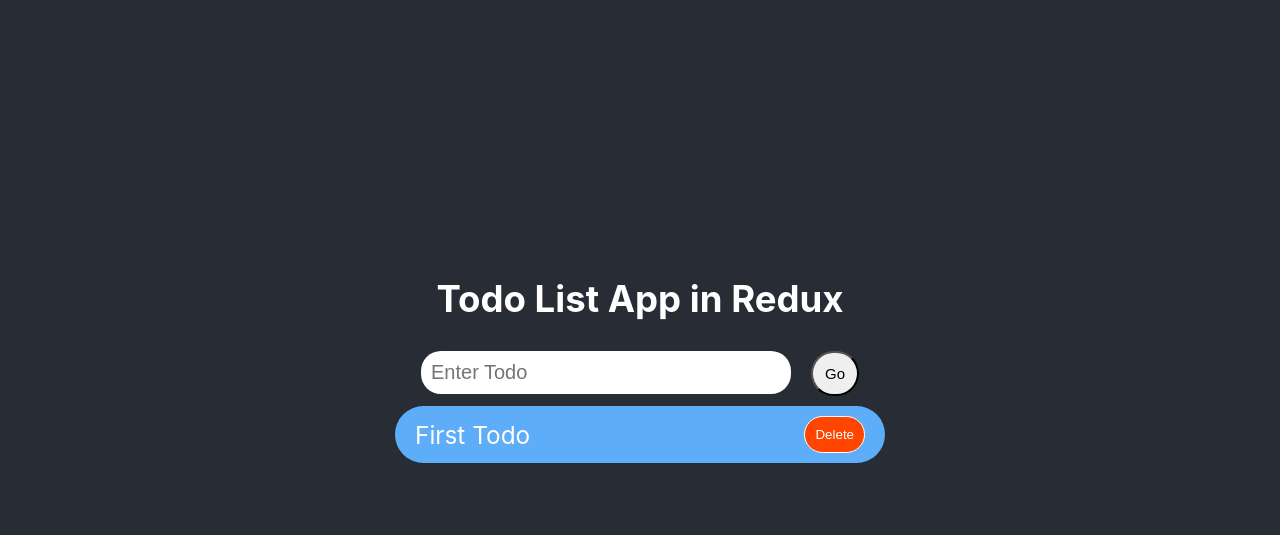
Repository: mahsa199170/React-Redux-Projects
Page: / (app in redux-todo-list/)
The author's editor kept a copy of each file at every save. The page is drawn from the files as they stood at one save, then again after the next save.
The browser window is 1280 px wide. The pictures show the whole page.
The project was rebuilt for these pictures with package versions that can differ from the ones it lists, and the page was loaded fresh each time. Also part of the build but not shown: redux-todo-list/src/components/Count.js.

Above is the page before, as saved 2024-10-24 17:48:52.

### redux-todo-list/src/index.js
import React from 'react';
import ReactDOM from 'react-dom/client';
import './index.css';
import App from './App';
import { store } from './store';
import { Provider } from 'react-redux';

const root = ReactDOM.createRoot(document.getElementById('root'));
root.render(
  <React.StrictMode>
    <Provider store={store}>
      <App />
    </Provider>
  </React.StrictMode>
);

### redux-todo-list/src/App.js
import './App.css';

import React from 'react';
import Count from './components/Count';
import Todo from './components/todo/Todo';

const App = () => {
  return (
    <div className="App">
      <header className="App-header">
        <Todo />
        {/* <Count /> */}
      </header>
    </div>
  );
};

export default App;

### redux-todo-list/src/store.js
import { createStore, combineReducers, applyMiddleware } from 'redux';
import { thunk } from 'redux-thunk';
import { composeWithDevTools } from 'redux-devtools-extension';
// import { TodoReducer } from './reducer/TodoReducer';
import countReducer from './slice/countSlice';
import todoReducer from './slice/todoSlice';

const reducer = combineReducers({
  todo: todoReducer,
  counter: countReducer,
});

const initialState = {};

const middleWare = [thunk];

export const store = createStore(
  reducer,
  initialState,
  composeWithDevTools(applyMiddleware(...middleWare))
);

### redux-todo-list/src/App.css
.App {
  text-align: center;
}

.App-header {
  background-color: #282c34;
  min-height: 100vh;
  display: flex;
  flex-direction: column;
  align-items: center;
  justify-content: center;
  font-size: calc(10px + 2vmin);
  color: white;
}

.allTodos {
  list-style: none;
  margin: 0;
  padding: 0;
}

.singleTodo {
  border-radius: 50px;
  margin: 10px 0;
  background-color: #5dadf8;
  padding: 10px 20px;
  display: flex;
  width: 450px;
  align-items: center;
}

.todoText {
  text-align: start;
  flex: 1;
}

### redux-todo-list/src/components/todo/Todo.js
import React from 'react';

const Todo = () => {
  return (
    <>
      <h2>Todo List App in Redux</h2>
      <form>
        <input
          type="text"
          placeholder="Enter Todo"
          style={{
            width: 350,
            padding: 10,
            borderRadius: 20,
            border: 'none',
            fontSize: 20,
          }}
        />
        <button
          type="submit"
          style={{
            padding: 12,
            borderRadius: 25,

            fontSize: 15,
            marginLeft: 20,
          }}
        >
          Go
        </button>
      </form>
      <ul className="allTodos">
        <li className="singleTodo">
          <span className="todoText">First Todo</span>
          <button
            style={{
              padding: 10,
              borderRadius: 25,
              border: '1px solid white',
              color: 'white',
              backgroundColor: 'orangered',
            }}
          >
            Delete
          </button>
        </li>
      </ul>
    </>
  );
};

export default Todo;

### redux-todo-list/src/slice/countSlice.js
import { createSlice } from '@reduxjs/toolkit';

const initialState = {
  count: 0,
};

const countSlice = createSlice({
  name: 'counter',
  initialState,
  reducers: {
    ADD_BY_ONE: (state, action) => {
      state.count += action.payload;
    },
    MINUS_ONE: (state, action) => {
      state.count -= 1;
    },
    RESET_NUMBER: (state, action) => {
      state.count = 0;
    },
  },
});

export const selectCount = (state) => state.counter.count;
export const { ADD_BY_ONE, MINUS_ONE, RESET_NUMBER } = countSlice.actions;

export default countSlice.reducer;

### redux-todo-list/src/slice/todoSlice.js
import { createSlice } from '@reduxjs/toolkit';

const initialState = {
  todo: [],
};

const todoSlice = createSlice({
  name: 'todo',
  initialState,
  reducers: {},
});

export const selectTodo = (state) => state.todo.todo;
export default todoSlice.reducer;

Loaded but not shown: redux-todo-list/public/index.html (common file); redux-todo-list/src/index.css (common file)

After the next save:
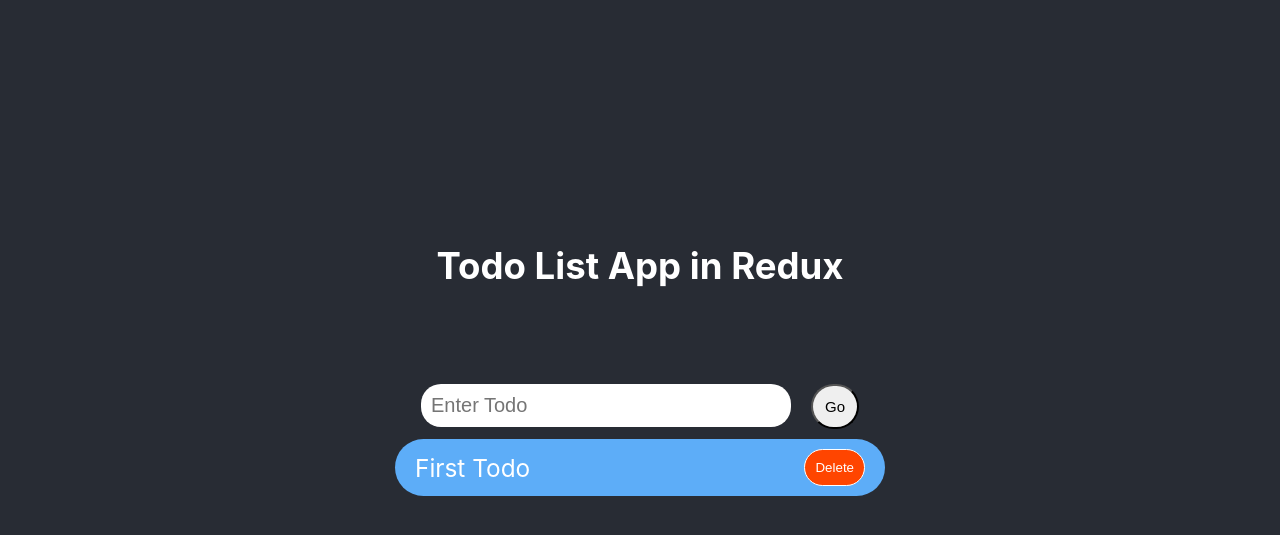
Saved 98 s later.
--- a/redux-todo-list/src/components/todo/Todo.js
+++ b/redux-todo-list/src/components/todo/Todo.js
@@ -1,9 +1,14 @@
 import React from 'react';
+import { useSelector } from 'react-redux';
+import { selectTodo } from '../../slice/todoSlice';
 
 const Todo = () => {
+  const todo = useSelector;
+
   return (
     <>
       <h2>Todo List App in Redux</h2>
+      <h1></h1>
       <form>
         <input
           type="text"
